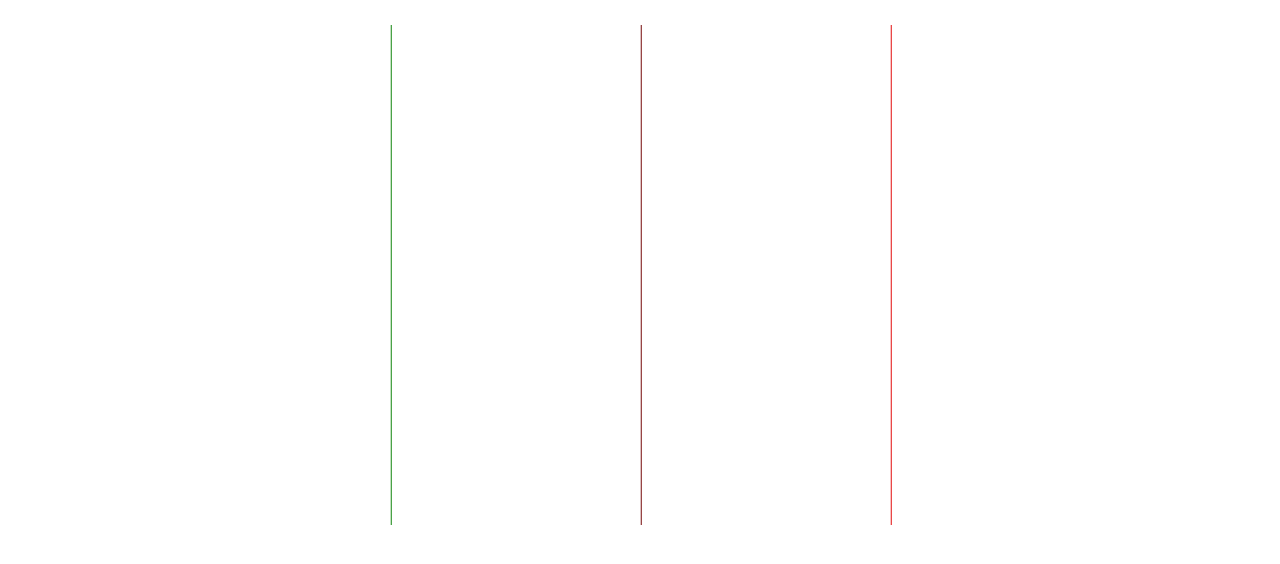
Repository: 16-Doffy/howtouse-htmlcss
Page: linenear_gradiant/index.html
The author's editor kept a copy of each file at every save. The page is drawn from the files as they stood at one save, then again after the next save.
The browser window is 1280 px wide. The pictures show the whole page.

Above is the page before, as saved 2024-12-16 22:39:03.

### linenear_gradiant/index.html
<!DOCTYPE html>
<html lang="en">
<head>
    <meta charset="UTF-8">
    <meta name="viewport" content="width=device-width, initial-scale=1.0">
   <link rel="stylesheet" href="app.css">
    <title>linenear_gradiant</title>
</head>
<body>
    <div class="images">
        <div class="img-item">
            <img src="../img/hot1.jpg" alt="">
        </div>
        <div class="img-item">
            <img src="../img/hot2.jpg" alt="">
        </div>
        <div class="img-item">
            <img src="../img/hot3.jpg" alt="">
        </div>
         <div class="img-item">
            <img src="../img/hot4.jpg" alt="">
        </div>
         <div class="img-item">
            <img src="../img/hot5.jpg" alt="">
        </div>
         <div class="img-item">
            <img src="../img/hot6.jpg" alt="">
        </div>
        <div class="img-item">
            <img src="../img/hot5.jpg" alt="">
        </div>
         <div class="img-item">
            <img src="../img/hot6.jpg" alt="">
        </div>
</div>
    </div>
</body>
</html>

### linenear_gradiant/app.css
.boxed{
  height: 200px;
  background-image: linear-gradient(to right,#002470 15%,#0451f7 );
}
.images{
  max-width: 1000px;
  margin: 25px auto;
  display: grid;
  grid-template-columns: repeat(4,1fr);
  grid-template-rows: repeat(2,1fr);
  position: relative;
}
.images::before{
  content: "";
  height: 1px;
  width: 100%;
  background-color: rgb(23, 5, 105);
  position: absolute;
  top: 50%;
  left: 0;
  transform: translateY(-50%);
}
.images::after {
  background-color: #fff;
  content: "";
  position: absolute;
  top: 0;
  left: 0;
  right: 0;
  bottom: 0;
  border-radius: inherit;
  background-image: linear-gradient(
    to right,
    transparent 25%,
    rgb(14, 131, 10) calc(25% + 2px),
    transparent calc(25% + 2px),
    transparent 50%,
    rgb(116, 8, 8) calc(50% + 2px),
    transparent calc(50% + 2px),
    transparent 75%,
    rgb(226, 11, 11) calc(75% + 2px),
    transparent calc(75% + 2px)
  );
}

.img-item{
  display: flex;
  padding: 20px;
  justify-content: center;
  align-items: center;
}

After the next save:
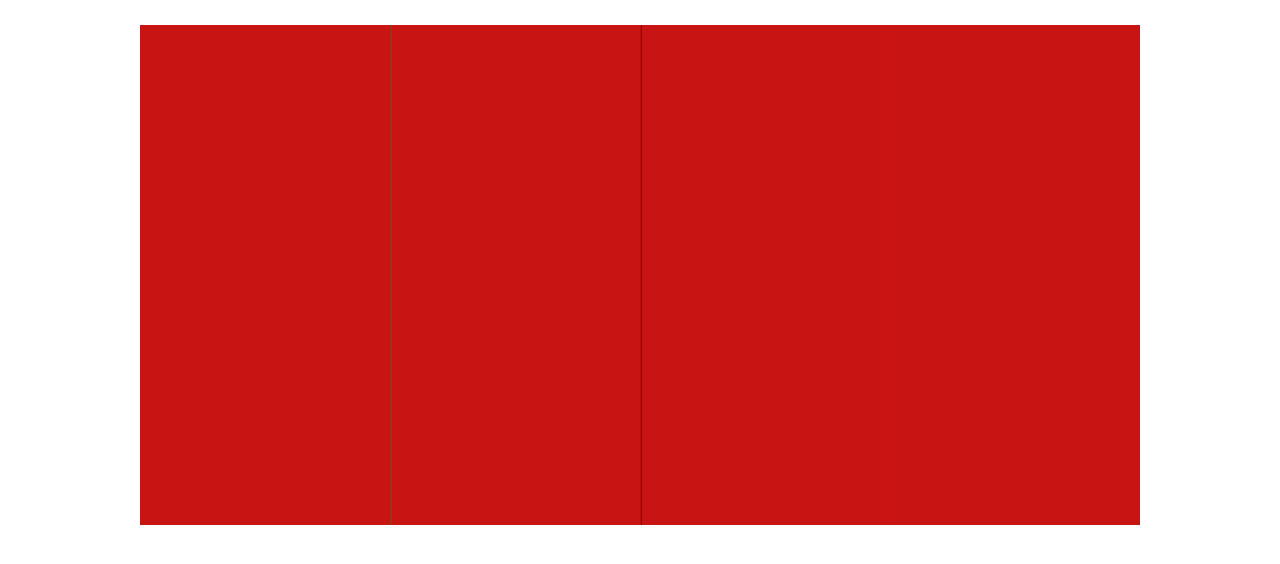
Saved 4 s later.
--- a/linenear_gradiant/app.css
+++ b/linenear_gradiant/app.css
@@ -21,7 +21,7 @@
   transform: translateY(-50%);
 }
 .images::after {
-  background-color: #fff;
+  background-color: #c91414;
   content: "";
   position: absolute;
   top: 0;
